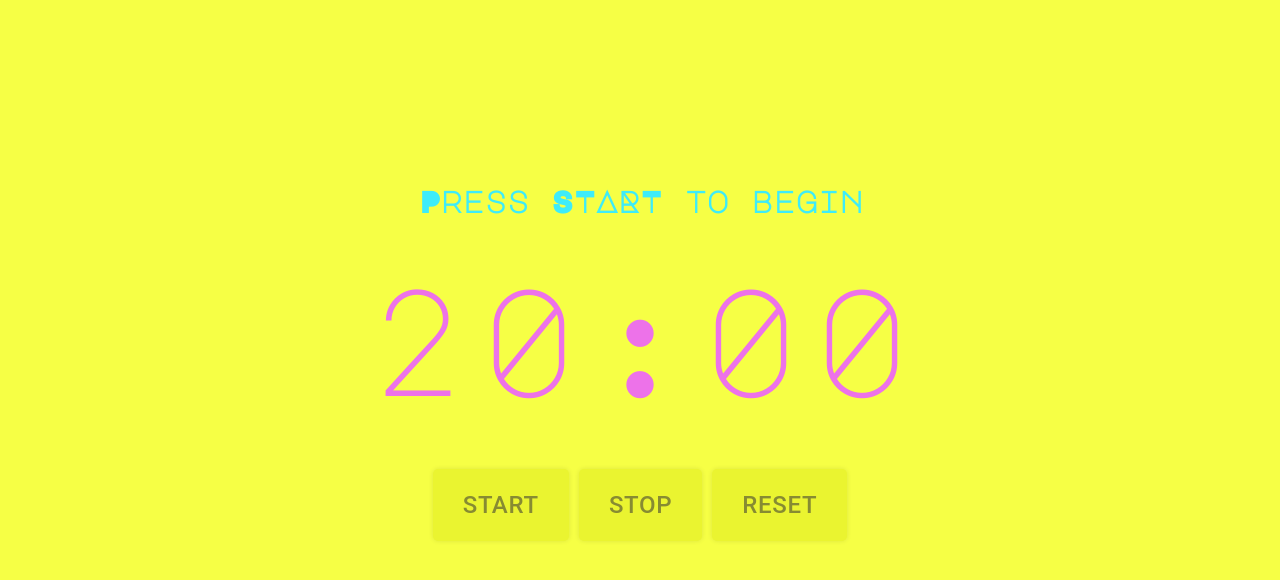
Repository: realistmccoy/pomodoro
Page: /
These files come from the project's save history. The page is drawn as it stood at one moment and after the next save; the edit follows.
The browser window is 1280 px wide. The pictures show the whole page.
The project was rebuilt for these pictures with package versions that can differ from the ones it lists, and the page was loaded fresh each time.

Above is the page before, as saved 2020-12-10 01:21:01.

### src/App.js
import React, { useState, useRef } from 'react';
import './App.css';
import { Button } from '@material-ui/core';

function padTime(time) {
	return time.toString().padStart(2, '0');
}

export default function App() {
	const [title, setTitle] = useState('Press START to begin');
	const [timeLeft, setTimeLeft] = useState(20 * 60);
	const [isRunning, setIsRunning] = useState(false);
	const intervalRef = useRef(null);

	function startTimer() {
		if (intervalRef.current != null) return;

		setTitle('FOCUS');
		setIsRunning();
		intervalRef.current = setInterval(() => {
			setTimeLeft((timeLeft) => {
				if (timeLeft >= 1) return timeLeft - 1;
				resetTimer();
				return 0;
			});
		}, 1000);
	}

	function stopTimer() {
		if (intervalRef.current === null) return;
		setTitle('Get back to work');
		clearInterval(intervalRef.current);
		intervalRef.current = null;
		console.log(intervalRef.current);
		setIsRunning(false);
	}

	function resetTimer() {
		clearInterval(intervalRef.current);
		intervalRef.current = null;
		setTitle('Ready to go another round?');
		setTimeLeft(20 * 60);
		setIsRunning(false);
	}

	const minutes = padTime(Math.floor(timeLeft / 60));
	const seconds = padTime(timeLeft - minutes * 60);

	return (
		<div className='app'>
			<h2>{title}</h2>

			<div className='timer'>
				<span>{minutes}</span>
				<span>:</span>
				<span>{seconds}</span>
			</div>

			<div className='buttons'>
				{!isRunning && <Button onClick={startTimer}>Start</Button>}
				{!isRunning && <Button onClick={stopTimer}>Stop</Button>}
				<Button onClick={resetTimer}>Reset</Button>
			</div>
		</div>
	);
}

### src/App.css
@import url('https://fonts.googleapis.com/css2?family=Major+Mono+Display&display=swap');

* {
  box-sizing: border-box;
}

body {
  padding: 0;
  margin: 0;
  font-family: 'Major Mono Display', monospace;
  line-height: 1.5;
}

.app {
  min-height: 100vh;
  padding-left: 20px;
  padding-right: 20px;
  display: flex;
  flex-direction: column;
  align-items: center;
  justify-content: center;
  background: #f6ff45;
  color: #2f9153;
}

h2 {
  color: #3eecf9;
  font-size: 30px;
  text-align: center;
  margin: 0;
}

.timer {
  color: #ed72e9;
  font-size: 150px;
  margin-bottom: 20px;
}

.buttons button {
  outline: none;
  border: none;
  font-size: 24px;
  background: #eaf430;
  color: #878b32;
  border-radius: 5px;
  box-shadow: 0 0 5px rgba(0, 0, 0, 0.1);
  padding: 15px 30px;
  cursor: pointer;
  transition: 0.3s ease all;
}

.buttons button:hover {
  border-radius: 10px;
  background: #b9bf61;
  box-shadow: 0 0 10px rgba(0, 0, 0, 0.15);
  transform: translateY(-2px);
}

.buttons button:not(:last-child) {
  margin-right: 10px;
}

@media (max-width: 780px) {
  h2 {
    font-size: 22px;
  }

  .timer {
    font-size: 80px;
  }

  .buttons button {
    font-size: 18px;
  }
}

Loaded but not shown: public/index.html (common file); src/index.js (common file)

After the next save:
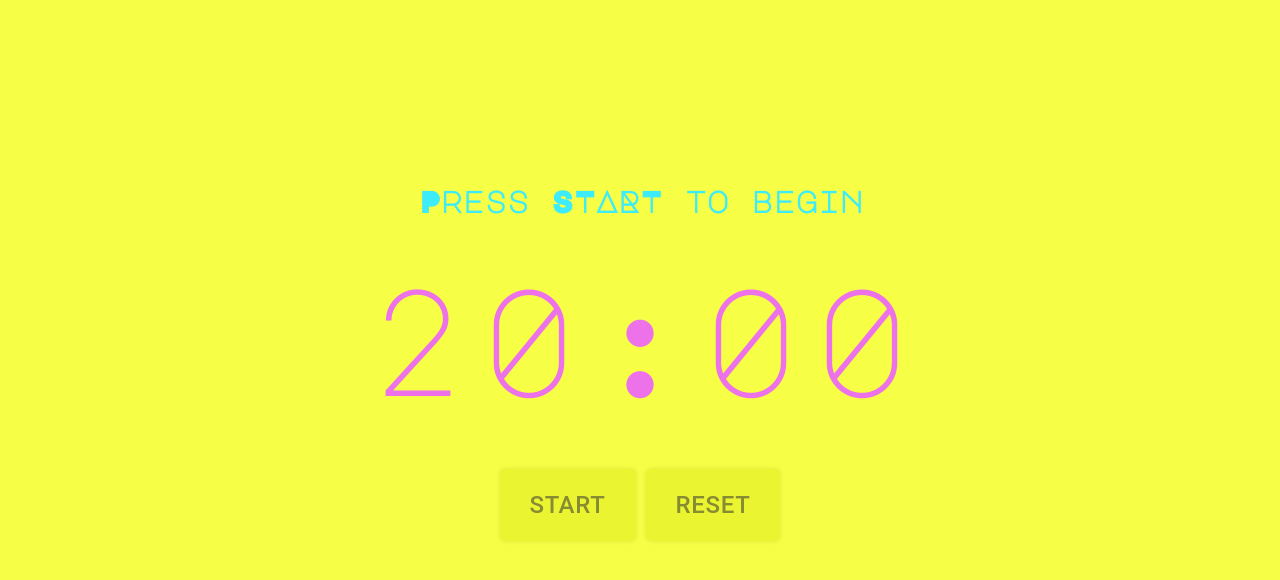
Saved 13 s later.
--- a/src/App.js
+++ b/src/App.js
@@ -58,7 +58,7 @@ export default function App() {
 
 			<div className='buttons'>
 				{!isRunning && <Button onClick={startTimer}>Start</Button>}
-				{!isRunning && <Button onClick={stopTimer}>Stop</Button>}
+				{isRunning && <Button onClick={stopTimer}>Stop</Button>}
 				<Button onClick={resetTimer}>Reset</Button>
 			</div>
 		</div>
